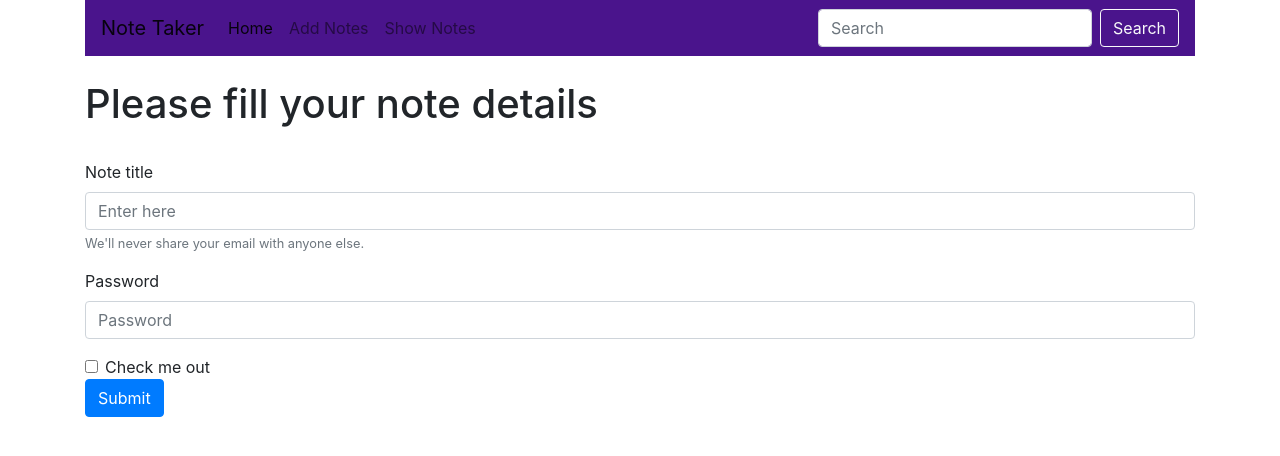
Repository: nayanchy123456/TODO-Project
Page: http://localhost/NoteTaker/add_notes.jsp
These files come from the project's save history. The page is drawn as it stood at one moment and after the next save; the edit follows.
The browser window is 1280 px wide. The pictures show the whole page.
Some web libraries are served in a nearby version. The page is served by Tomcat 10. Other server files are loaded and not shown.

Above is the page before, as saved 2024-09-03 10:54:08.

### TODO webApplication/NoteTaker/src/main/webapp/add_notes.jsp
<!doctype html>
<html lang="en">
  <head>
    <!-- Required meta tags -->
    <meta charset="utf-8">
    <meta name="viewport" content="width=device-width, initial-scale=1, shrink-to-fit=no">


    <title>Add Notes</title>
    <%@include file = "all_js_css.jsp" %>
  </head>
  <body>
   <div class = "container">
    	<%@include file = "navbar.jsp" %>

    	<br>
    	<h1>Please fill your note details</h1>
    	<br>

    	<!-- this is add form  -->
    	<form action ="SaveNoteServlet" method = "post">
  <div class="form-group">
    <label for="title">Note title</label>
    <input type="text" class="form-control" id="title" aria-describedby="emailHelp" placeholder="Enter here">
    <small id="emailHelp" class="form-text text-muted">We'll never share your email with anyone else.</small>
  </div>
  <div class="form-group">
    <label for="exampleInputPassword1">Password</label>
    <input type="password" class="form-control" id="exampleInputPassword1" placeholder="Password">
  </div>
  <div class="form-check">
    <input type="checkbox" class="form-check-input" id="exampleCheck1">
    <label class="form-check-label" for="exampleCheck1">Check me out</label>
  </div>
  <button type="submit" class="btn btn-primary">Submit</button>
</form>

    </div>







  </body>
</html>

### TODO webApplication/NoteTaker/src/main/webapp/all_js_css.jsp
<!-- Bootstrap CSS -->
    <link rel="stylesheet" href="https://cdn.jsdelivr.net/npm/bootstrap@4.0.0/dist/css/bootstrap.min.css" integrity="sha384-Gn5384xqQ1aoWXA+058RXPxPg6fy4IWvTNh0E263XmFcJlSAwiGgFAW/dAiS6JXm" crossorigin="anonymous">

	<link href="css/style.css" rel="stylesheet">



    <!-- Optional JavaScript -->
    <!-- jQuery first, then Popper.js, then Bootstrap JS -->
    <script src="https://code.jquery.com/jquery-3.2.1.slim.min.js" integrity="sha384-KJ3o2DKtIkvYIK3UENzmM7KCkRr/rE9/Qpg6aAZGJwFDMVNA/GpGFF93hXpG5KkN" crossorigin="anonymous"></script>
    <script src="https://cdn.jsdelivr.net/npm/popper.js@1.12.9/dist/umd/popper.min.js" integrity="sha384-ApNbgh9B+Y1QKtv3Rn7W3mgPxhU9K/ScQsAP7hUibX39j7fakFPskvXusvfa0b4Q" crossorigin="anonymous"></script>
    <script src="https://cdn.jsdelivr.net/npm/bootstrap@4.0.0/dist/js/bootstrap.min.js" integrity="sha384-JZR6Spejh4U02d8jOt6vLEHfe/JQGiRRSQQxSfFWpi1MquVdAyjUar5+76PVCmYl" crossorigin="anonymous"></script>

### TODO webApplication/NoteTaker/src/main/webapp/navbar.jsp
<nav class="navbar navbar-expand-lg navbar-light purple">
  <a class="navbar-brand" href="index.jsp">Note Taker</a>
  <button class="navbar-toggler" type="button" data-toggle="collapse" data-target="#navbarSupportedContent" aria-controls="navbarSupportedContent" aria-expanded="false" aria-label="Toggle navigation">
    <span class="navbar-toggler-icon"></span>
  </button>

  <div class="collapse navbar-collapse" id="navbarSupportedContent">
    <ul class="navbar-nav mr-auto">
      <li class="nav-item active">
        <a class="nav-link" href="index.jsp">Home <span class="sr-only">(current)</span></a>
      </li>
      <li class="nav-item">
        <a class="nav-link" href="add_notes.jsp">Add Notes</a>
      </li>

      <li class="nav-item">
        <a class="nav-link " href="#">Show Notes</a>
      </li>
    </ul>
    <form class="form-inline my-2 my-lg-0">
      <input class="form-control mr-sm-2" type="search" placeholder="Search" aria-label="Search">
      <button class="btn btn-outline-light my-2 my-sm-0" type="submit">Search</button>
    </form>
  </div>
</nav>

### TODO webApplication/NoteTaker/src/main/webapp/css/style.css
.purple{

	background: #4A148C;
}

After the next save:
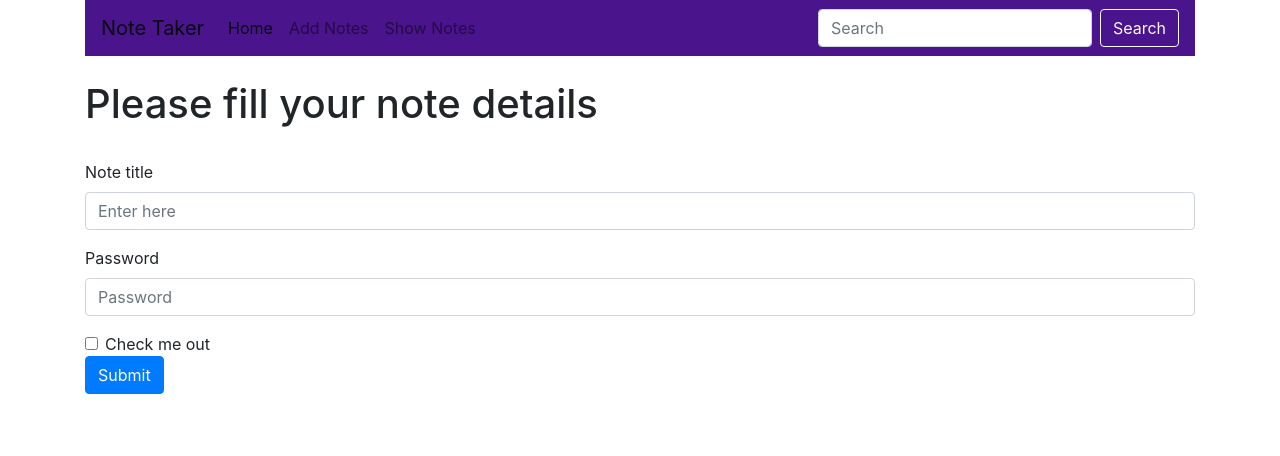
Saved 19 s later.
--- a/TODO webApplication/NoteTaker/src/main/webapp/add_notes.jsp
+++ b/TODO webApplication/NoteTaker/src/main/webapp/add_notes.jsp
@@ -22,7 +22,6 @@
   <div class="form-group">
     <label for="title">Note title</label>
     <input type="text" class="form-control" id="title" aria-describedby="emailHelp" placeholder="Enter here">
-    <small id="emailHelp" class="form-text text-muted">We'll never share your email with anyone else.</small>
   </div>
   <div class="form-group">
     <label for="exampleInputPassword1">Password</label>
